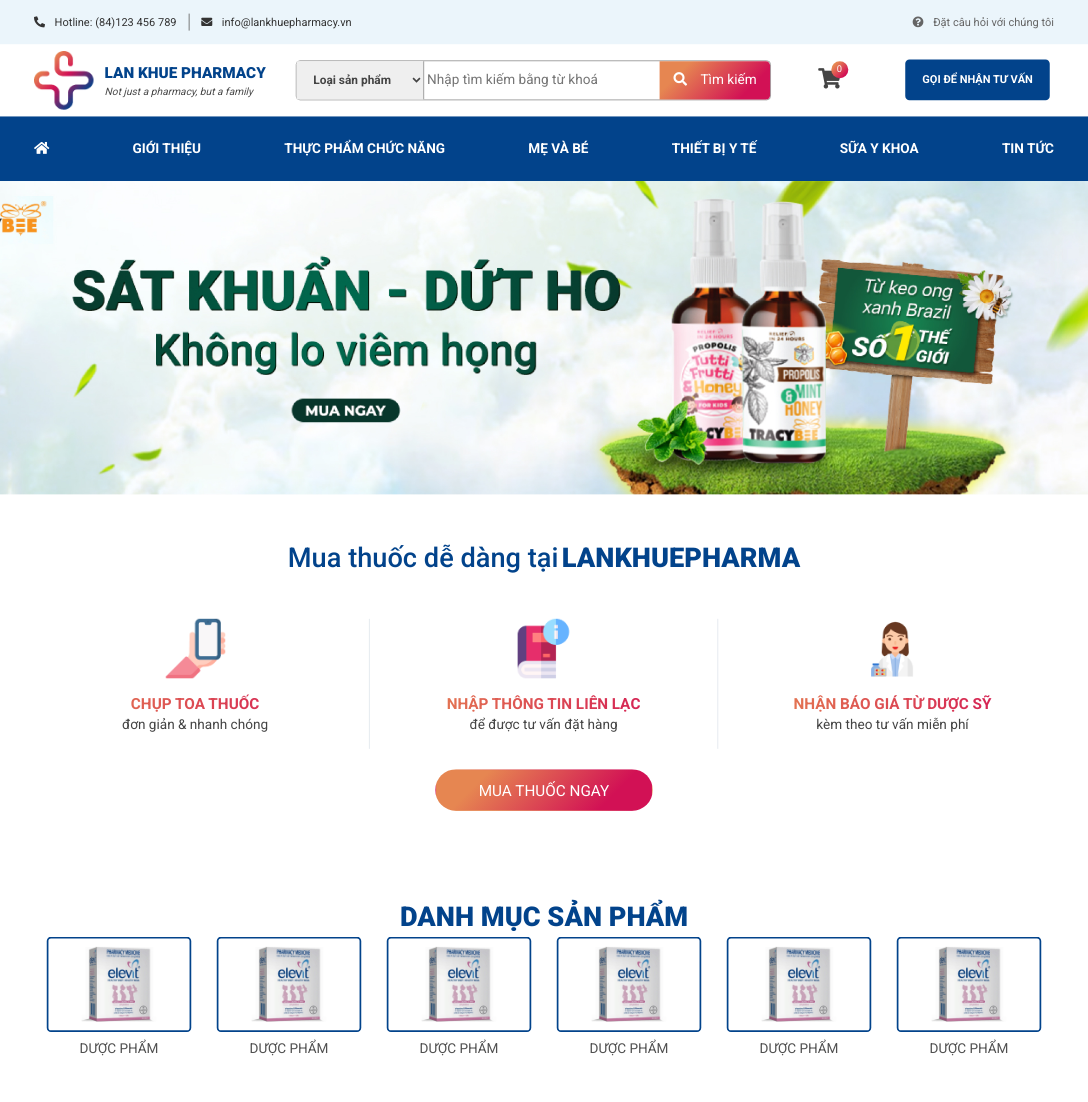
Repository: haianh12082001/Lan-khue
Page: index.html
These files come from the project's save history. The page is drawn as it stood at one moment and after the next save; the edit follows.
The browser window is 1280 px wide. The pictures show the whole page, at 85% of full size.
Some web libraries are served in a nearby version. The style sheet was rebuilt from its Sass, Less or Tailwind sources for each picture, by a compiler version that may differ from the author's.

Above is the page before, as saved 2021-12-18 14:35:40.

### index.html
<!DOCTYPE html>
<html lang="en">
    <head>
        <meta charset="UTF-8" />
        <meta http-equiv="X-UA-Compatible" content="IE=edge" />
        <meta name="viewport" content="width=device-width, initial-scale=1.0" />
        <title>Document</title>
        <link href="https://fonts.googleapis.com/css2?family=Roboto:wght@400;500;700;900&display=swap" rel="stylesheet" />
        <link rel="stylesheet" href="./assets/fonts/fontawesome-free-5.15.3/css/all.min.css" />
        <link
            rel="stylesheet"
            href="https://cdn.jsdelivr.net/npm/bootstrap@4.6.0/dist/css/bootstrap.min.css"
            integrity="sha384-B0vP5xmATw1+K9KRQjQERJvTumQW0nPEzvF6L/Z6nronJ3oUOFUFpCjEUQouq2+l"
            crossorigin="anonymous"
        />
        <link rel="stylesheet" type="text/css" href="https://cdn.jsdelivr.net/npm/slick-carousel@1.8.1/slick/slick.css" />
        <link rel="stylesheet" href="./assets/css/app.css" />
    </head>
    <body>
        <div class="top-header">
            <div class="container">
                <div class="py-3 d-flex justify-content-between align-items-center">
                    <div class="info d-flex">
                        <div class="top-header-hotline">
                            <i class="fas fa-phone-alt"></i>
                            Hotline: (84)123 456 789
                        </div>
                        <div class="top-header-email">
                            <i class="fas fa-envelope"></i>
                            info@lankhuepharmacy.vn
                        </div>
                    </div>
                    <div class="question">
                        <a href="">
                            <i class="fas fa-question-circle"></i>
                            Đặt câu hỏi với chúng tôi
                        </a>
                    </div>
                </div>
            </div>
        </div>
        <header class="header">
            <div class="header-searchbar py-2">
                <div class="container">
                    <div class="row align-items-center">
                        <div class="col-lg-3 col-3">
                            <div class="header-logo">
                                <a href="" class="d-flex flex-shrink-0">
                                    <img src="./assets/img/logo.png" alt="" />
                                    <div class="body">
                                        <div class="name">LAN KHUE PHARMACY</div>
                                        <div class="slogan">Not just a pharmacy, but a family</div>
                                    </div>
                                </a>
                            </div>
                        </div>
                        <div class="col-lg-6 col-3">
                            <div class="input-group">
                                <form action="" class="header-search">
                                    <select name="CatId" id="catalog">
                                        <option value="">Loại sản phẩm</option>
                                        <option value="">Danh mục thuốc</option>
                                        <option value="">Thực Phẩm Chức Năng</option>
                                        <option value="">Mẹ Và Bé</option>
                                        <option value="">Thiết Bị Y Tế</option>
                                        <option value="">Sữa y khoa</option>
                                        <option value="">Các sản phẩm khác</option>
                                    </select>
                                    <input type="text" placeholder="Nhập tìm kiếm bằng từ khoá" />

                                    <button type="submit">
                                        <i class="fas fa-search"></i>
                                        Tìm kiếm
                                    </button>
                                </form>
                            </div>
                        </div>
                        <div class="col-lg-1 col-3 d-flex align-items-center">
                            <div class="header-cart position-relative">
                                <i class="fas fa-shopping-cart"></i>
                                <span id="itemshop">0</span>
                            </div>
                        </div>
                        <div class="col-lg-2 col-3 d-none d-lg-block">
                            <a href="" class="header-btn"> Gọi để nhận tư vấn </a>
                        </div>
                    </div>
                </div>
            </div>
            <div class="header-menu">
                <div class="container">
                    <ul class="menu-list">
                        <li class="menu-item">
                            <a href=""><i class="fas fa-home"></i></a>
                        </li>
                        <li class="menu-item">
                            <a href="">Giới thiệu</a>
                        </li>
                        <li class="menu-item">
                            <a href="">Thực phẩm chức năng</a>
                        </li>
                        <li class="menu-item">
                            <a href="">Mẹ và bé</a>
                        </li>
                        <li class="menu-item">
                            <a href="">Thiết bị y tế</a>
                        </li>
                        <li class="menu-item">
                            <a href="">Sữa y khoa</a>
                        </li>
                        <li class="menu-item">
                            <a href="">Tin tức</a>
                        </li>
                    </ul>
                </div>
            </div>
        </header>
        <section class="banner">
            <img src="./assets/img/banner.jpg" alt="" />
        </section>
        <!-- Mua thuốc dễ dàng tại lankhuepharma -->
        <section class="section-buy-medicine">
            <div class="container">
                <div class="text-center">
                    <span class="title-sub">Mua thuốc dễ dàng tại</span>
                    <span class="section-title">lankhuepharma</span>
                </div>
                <div class="row pt-lg-5">
                    <div class="col-lg-4 item">
                        <div class="text-center">
                            <img src="./assets/img/buy-medicine/selfie 1.png" alt="" />
                            <div class="body p-3">
                                <div class="name">Chụp toa thuốc</div>
                                <div class="des">đơn giản & nhanh chóng</div>
                            </div>
                        </div>
                    </div>
                    <div class="col-lg-4 item">
                        <div class="text-center">
                            <img src="./assets/img/buy-medicine/Group 375.png" alt="" />
                            <div class="body p-3">
                                <div class="name">nhập thông tin liên lạc</div>
                                <div class="des">để được tư vấn đặt hàng</div>
                            </div>
                        </div>
                    </div>
                    <div class="col-lg-4 item">
                        <div class="text-center">
                            <img src="./assets/img/buy-medicine/pharmacist 1.png" alt="" />
                            <div class="body p-3">
                                <div class="name">nhận báo giá từ dược sỹ</div>
                                <div class="des">kèm theo tư vấn miễn phí</div>
                            </div>
                        </div>
                    </div>
                </div>
                <div class="text-center pt-lg-4">
                    <a href="" class="btn">Mua thuốc ngay</a>
                </div>
            </div>
        </section>
        <!-- Danh mục sản phẩm -->
        <section class="product-category">
            <div class="container">
                <div class="section-title text-center">danh mục sản phẩm</div>
                <div class="list">
                    <div class="item">
                        <div class="product-category-img">
                            <img src="./assets/img/product-category/elevit-196915 1.jpg" alt="" />
                        </div>
                        <div class="name">Dược phẩm</div>
                    </div>
                    <div class="item">
                        <div class="product-category-img">
                            <img src="./assets/img/product-category/elevit-196915 1.jpg" alt="" />
                        </div>
                        <div class="name">Dược phẩm</div>
                    </div>
                    <div class="item">
                        <div class="product-category-img">
                            <img src="./assets/img/product-category/elevit-196915 1.jpg" alt="" />
                        </div>
                        <div class="name">Dược phẩm</div>
                    </div>
                    <div class="item">
                        <div class="product-category-img">
                            <img src="./assets/img/product-category/elevit-196915 1.jpg" alt="" />
                        </div>
                        <div class="name">Dược phẩm</div>
                    </div>
                    <div class="item">
                        <div class="product-category-img">
                            <img src="./assets/img/product-category/elevit-196915 1.jpg" alt="" />
                        </div>
                        <div class="name">Dược phẩm</div>
                    </div>
                    <div class="item">
                        <div class="product-category-img">
                            <img src="./assets/img/product-category/elevit-196915 1.jpg" alt="" />
                        </div>
                        <div class="name">Dược phẩm</div>
                    </div>
                </div>
            </div>
        </section>
        <script type="text/javascript" src="https://code.jquery.com/jquery-1.11.0.min.js"></script>
        <script type="text/javascript" src="https://code.jquery.com/jquery-migrate-1.2.1.min.js"></script>
        <script
            src="https://cdnjs.cloudflare.com/ajax/libs/bootstrap/4.6.0/js/bootstrap.min.js"
            integrity="sha512-XKa9Hemdy1Ui3KSGgJdgMyYlUg1gM+QhL6cnlyTe2qzMCYm4nAZ1PsVerQzTTXzonUR+dmswHqgJPuwCq1MaAg=="
            crossorigin="anonymous"
            referrerpolicy="no-referrer"
        ></script>
        <script type="text/javascript" src="https://cdn.jsdelivr.net/npm/slick-carousel@1.8.1/slick/slick.min.js"></script>
        <script src="./assets/js/main.js"></script>
    </body>
</html>

### assets/sass/app.scss
@import "variables";
@import "mixin";
@import "reset";
@import "global";
@import "header";
@import "body";

### assets/sass/_variables.scss
$black: #444444;
$gray: #656565;
$blue: #02438b;
$white: #ffffff;
$background-gradient: linear-gradient(134.52deg, #e68651 21.07%, #d21155 79.08%);

### assets/sass/_mixin.scss
@mixin maxWidth($q) {
    @media screen and (max-width: $q) {
        @content;
    }
}
@mixin minWidth($q) {
    @media screen and (min-width: $q) {
        @content;
    }
}

@mixin text-gradient {
    color: transparent;
    background-clip: text;
    -webkit-background-clip: text;
    background-image: linear-gradient(to right, #e68651, #d21155);
}

### assets/sass/_reset.scss
html {
    box-sizing: border-box;
    scroll-behavior: smooth;
}
* {
    margin: 0;
    padding: 0;
}
*,
*:before,
*:after {
    box-sizing: border-box;
}
input,
textarea,
select,
button {
    outline: none;
}
input {
    line-height: normal;
    outline: none;
    box-shadow: none;
}
input:focus {
    outline: 0;
    border: none;
    box-shadow: none;
}
ul,
li {
    margin: 0;
    padding: 0;
    list-style: none;
}
label,
button {
    cursor: pointer;
}
a {
    text-decoration: none;

    &:hover {
        text-decoration: none;
    }
}
img {
    max-width: 100%;
    object-fit: cover;
}
.gutters-5 > [class*="col-"] {
    padding-right: 5px;
    padding-left: 5px;
}

### assets/sass/_global.scss
.container {
    max-width: 1230px;
    margin: 0 auto;
    padding: 0 15px;
}
body {
    margin: 0;
    padding: 0;
    width: 100%;
    font-size: 16px;
    color: $black;
    font-family: "Roboto", sans-serif;
    @include maxWidth(768px) {
        font-size: 14px;
    }
}
.section-title {
    font-size: 32px;
    text-transform: uppercase;
    color: $blue;
    font-weight: 900;
}

### assets/sass/_body.scss
.banner img {
    height: 369px;
    width: 100%;
    object-fit: cover;
}
.section-buy-medicine {
    padding: 50px 0;
    .title-sub {
        color: $blue;
        font-size: 32px;
        font-weight: 500;
    }
    .item {
        border-right: 1px solid #e1e7ed;
        &:last-child {
            border: none;
        }
    }
    .name {
        text-transform: uppercase;
        font-size: 18px;
        font-weight: bold;
        @include text-gradient;
    }
    img {
        max-height: 70px;
    }
    .btn {
        background: $background-gradient;
        text-transform: uppercase;
        color: $white;
        font-size: 18px;
        padding: 10px 50px;
        border-radius: 50px;
    }
}
.product-category {
    padding: 50px 0;
    .item {
        padding: 0 15px;
    }
    &-img {
        border: 2px solid $blue;
        border-radius: 5px;
        display: flex;
        justify-content: center;
        height: 112px;
        img {
            height: 100%;
            padding: 10px 0;
        }
    }
    .name {
        margin-top: 8px;
        text-align: center;
        text-transform: uppercase;
        color: #505050;
    }
}

Loaded but not shown: assets/fonts/fontawesome-free-5.15.3/css/all.min.css (library); assets/js/main.js (11 lines, source omitted); assets/sass/_header.scss (123 lines, source omitted)

After the next save:
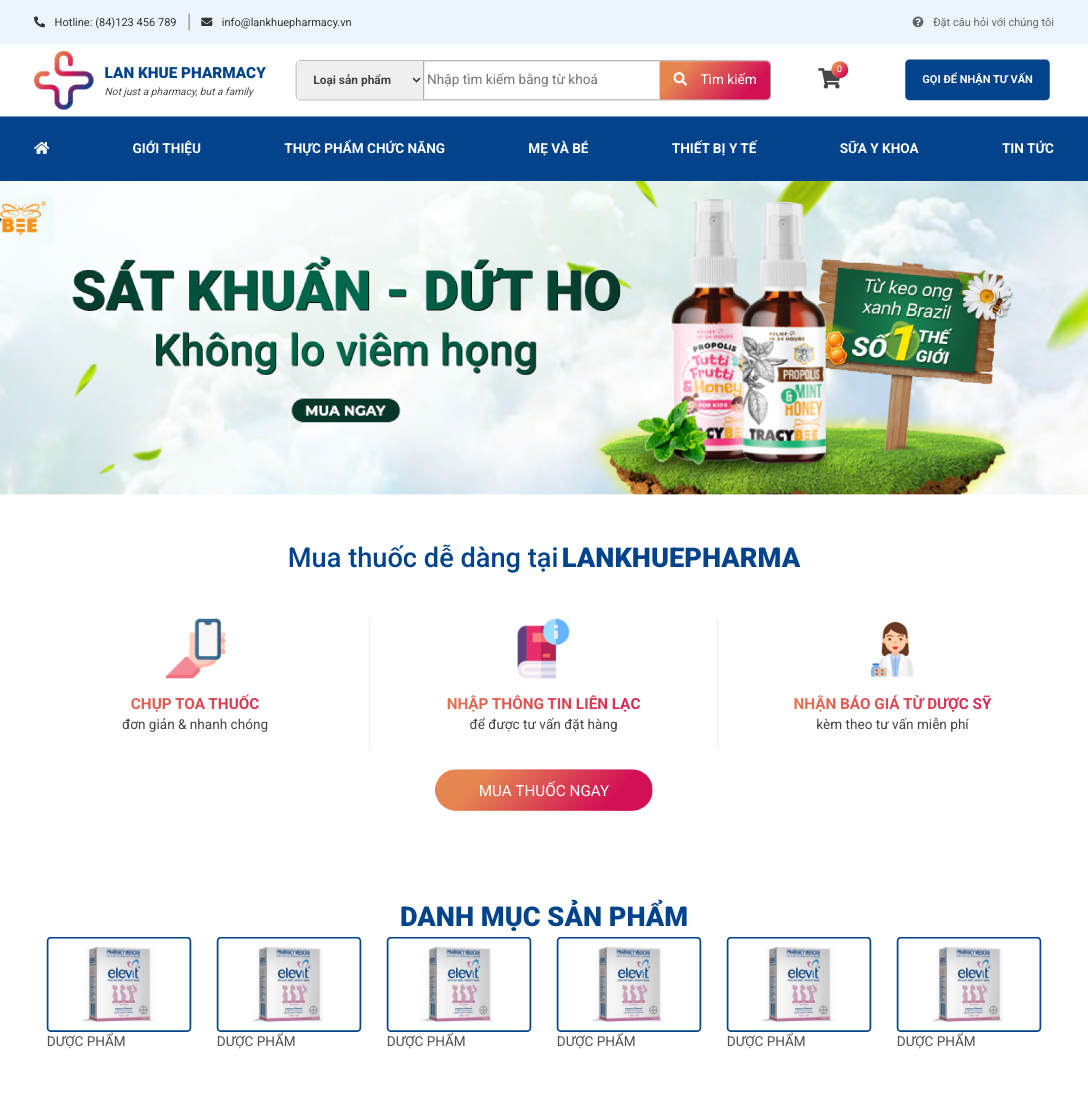
Saved 65 s later.
--- a/index.html
+++ b/index.html
@@ -168,37 +168,37 @@
                         <div class="product-category-img">
                             <img src="./assets/img/product-category/elevit-196915 1.jpg" alt="" />
                         </div>
-                        <div class="name">Dược phẩm</div>
-                    </div>
-                    <div class="item">
-                        <div class="product-category-img">
-                            <img src="./assets/img/product-category/elevit-196915 1.jpg" alt="" />
-                        </div>
-                        <div class="name">Dược phẩm</div>
-                    </div>
-                    <div class="item">
-                        <div class="product-category-img">
-                            <img src="./assets/img/product-category/elevit-196915 1.jpg" alt="" />
-                        </div>
-                        <div class="name">Dược phẩm</div>
-                    </div>
-                    <div class="item">
-                        <div class="product-category-img">
-                            <img src="./assets/img/product-category/elevit-196915 1.jpg" alt="" />
-                        </div>
-                        <div class="name">Dược phẩm</div>
-                    </div>
-                    <div class="item">
-                        <div class="product-category-img">
-                            <img src="./assets/img/product-category/elevit-196915 1.jpg" alt="" />
-                        </div>
-                        <div class="name">Dược phẩm</div>
-                    </div>
-                    <div class="item">
-                        <div class="product-category-img">
-                            <img src="./assets/img/product-category/elevit-196915 1.jpg" alt="" />
-                        </div>
-                        <div class="name">Dược phẩm</div>
+                        <a href="" class="name">Dược phẩm</a>
+                    </div>
+                    <div class="item">
+                        <div class="product-category-img">
+                            <img src="./assets/img/product-category/elevit-196915 1.jpg" alt="" />
+                        </div>
+                        <a href="" class="name">Dược phẩm</a>
+                    </div>
+                    <div class="item">
+                        <div class="product-category-img">
+                            <img src="./assets/img/product-category/elevit-196915 1.jpg" alt="" />
+                        </div>
+                        <a href="" class="name">Dược phẩm</a>
+                    </div>
+                    <div class="item">
+                        <div class="product-category-img">
+                            <img src="./assets/img/product-category/elevit-196915 1.jpg" alt="" />
+                        </div>
+                        <a href="" class="name">Dược phẩm</a>
+                    </div>
+                    <div class="item">
+                        <div class="product-category-img">
+                            <img src="./assets/img/product-category/elevit-196915 1.jpg" alt="" />
+                        </div>
+                        <a href="" class="name">Dược phẩm</a>
+                    </div>
+                    <div class="item">
+                        <div class="product-category-img">
+                            <img src="./assets/img/product-category/elevit-196915 1.jpg" alt="" />
+                        </div>
+                        <a href="" class="name">Dược phẩm</a>
                     </div>
                 </div>
             </div>

After the save that followed:
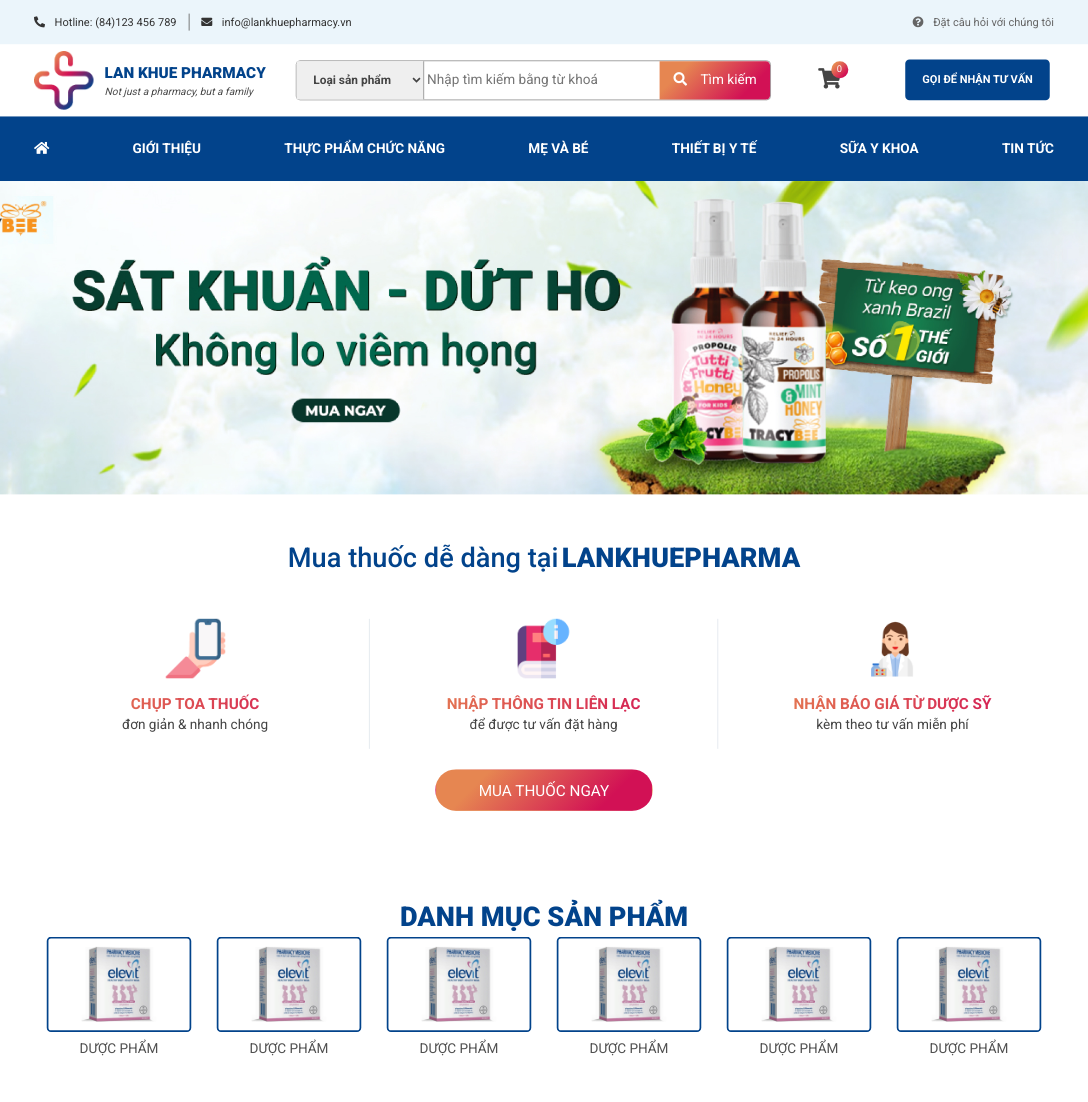
Saved 12 s later.
--- a/assets/sass/_body.scss
+++ b/assets/sass/_body.scss
@@ -55,5 +55,6 @@
         text-align: center;
         text-transform: uppercase;
         color: #505050;
+        display: block;
     }
 }
